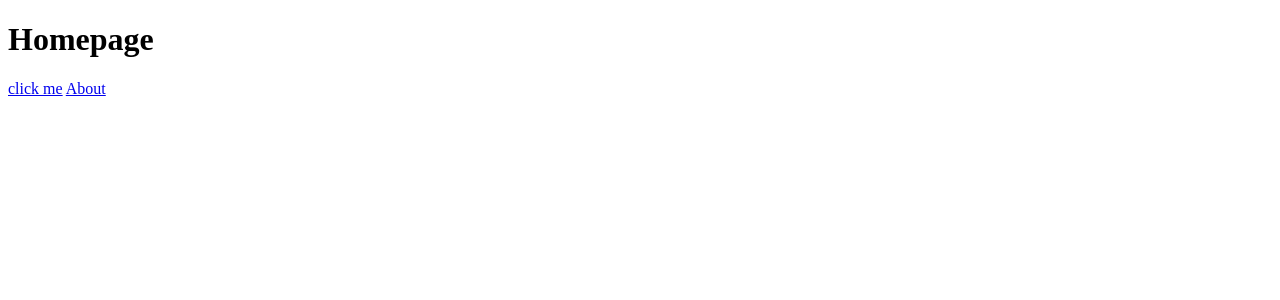
Repository: mnhardy1504/odin-recipes1
Page: odin-links-and-images/index.html
An editor plug-in stored every save of this project. The page is shown before and after the next save, followed by the edit.
The browser window is 1280 px wide. The pictures show the whole page.

Above is the page before, as saved 2023-08-18 20:56:07.

After the next save:
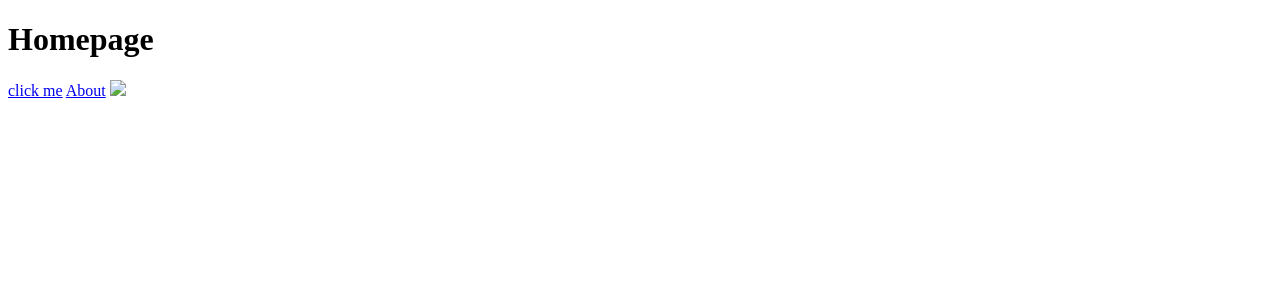
Not found: odin-links-and-images/images/dog.jpg
Saved 12 min 51 s later.
--- a/odin-links-and-images/index.html
+++ b/odin-links-and-images/index.html
@@ -9,5 +9,6 @@
         <h1>Homepage</h1>
         <a href="https://www.theodinproject.com/about" target="_blank" rel="noopener noreferrer">click me</a>
         <a href="pages/about.html">About</a>
+        <img src="./images/dog.jpg"
     </body>
 </html>
